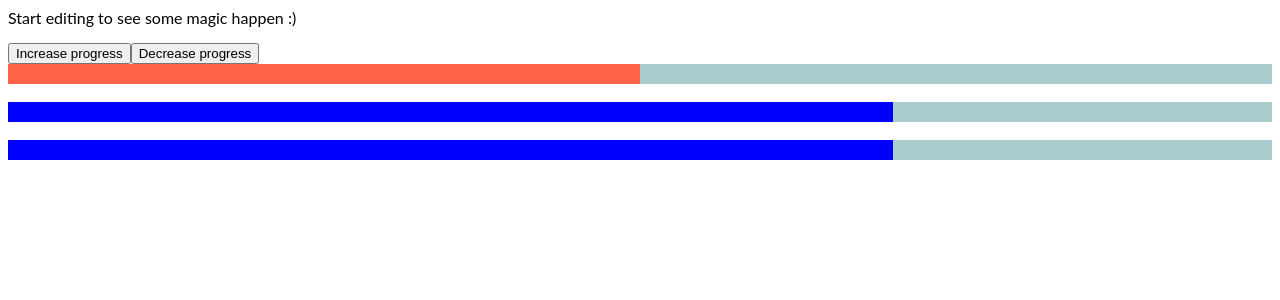
Repository: leduc24/baitap-angular100day
Page: / (app in angular_bai7/)
An editor plug-in stored every save of this project. The page is shown before and after the next save, followed by the edit.
The browser window is 1280 px wide. The pictures show the whole page.
The project was rebuilt for these pictures with package versions that can differ from the ones it lists, and the page was loaded fresh each time. Also part of the build but not shown: angular_bai7/angular.json.

Above is the page before, as saved 2022-07-04 11:37:55.

After the next save:
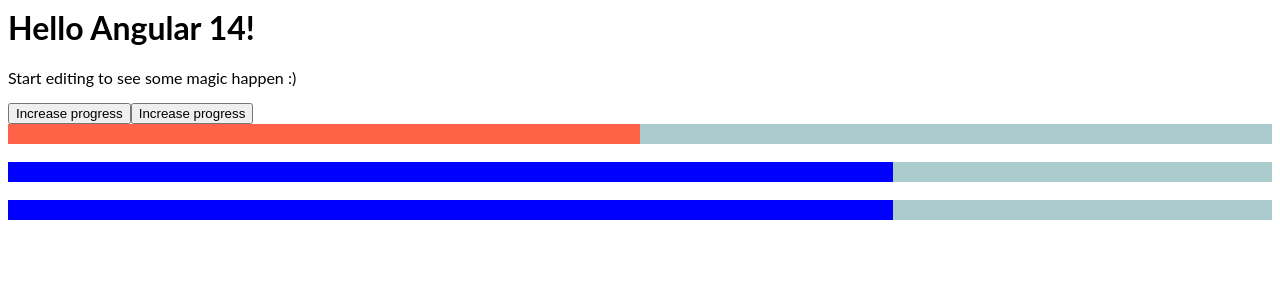
Saved 93 s later.
--- a/angular_bai7/src/app/app.component.html
+++ b/angular_bai7/src/app/app.component.html
@@ -1,11 +1,10 @@
+<hello name="{{ name }}"></hello>
+<p>Start editing to see some magic happen :)</p>
 
-<p>
-  Start editing to see some magic happen :)
-</p>
-<button (click) = "currentProgress = currentProgress + 1 ">Increase progress</button>
-<button (clicK) = "currentProgress = currentProgress - 1 ">Decrease progress</button>
-<progress-bar></progress-bar>
+<button (click) = "currentProgress = currentProgress + 1" >Increase progress </button>
+<button (click) = "currentProgress = currentProgress - 1" >Increase progress </button>
+<progress-bar> </progress-bar>
 <br>
-<progress-bar [progress] = "70" [progressColor] = "'blue'"> </progress-bar>
+<progress-bar [progress] = "70" [progressColor] = "'blue'"></progress-bar>
 <br>
-<progress-bar [progress] = "currentProgress" [progressColor] = "'blue'" ></progress-bar>
+<progress-bar [progress] = "currentProgress" [progressColor] = "'blue'"></progress-bar>
